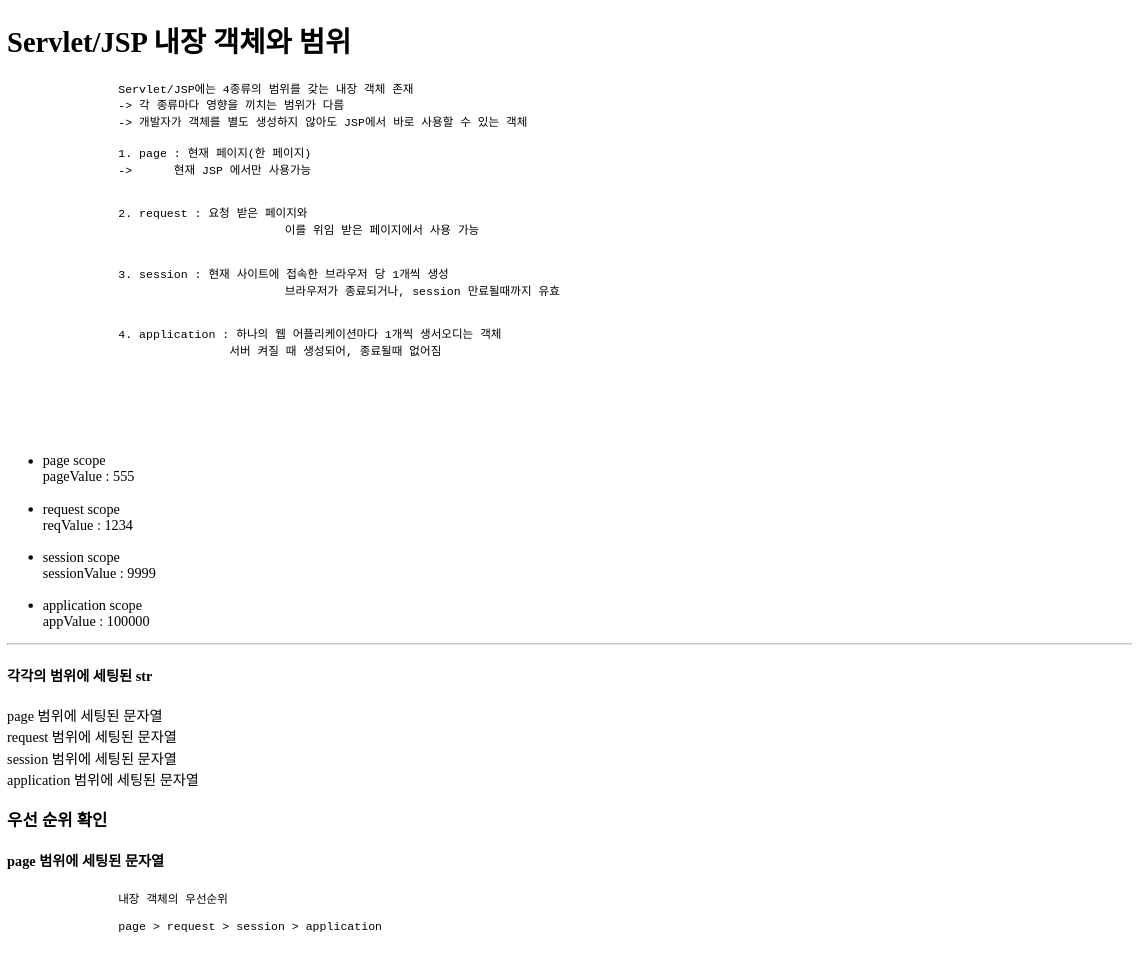
Repository: seungjoo1217/05_Server
Page: http://localhost/JSPProject2/scope
An editor plug-in stored every save of this project. The page is shown before and after the next save, followed by the edit.
The browser window is 1280 px wide. The pictures show the whole page, at 89% of full size.
The page is served by Tomcat 10.

Above is the page before, as saved 2024-03-22 06:39:08.

After the next save:
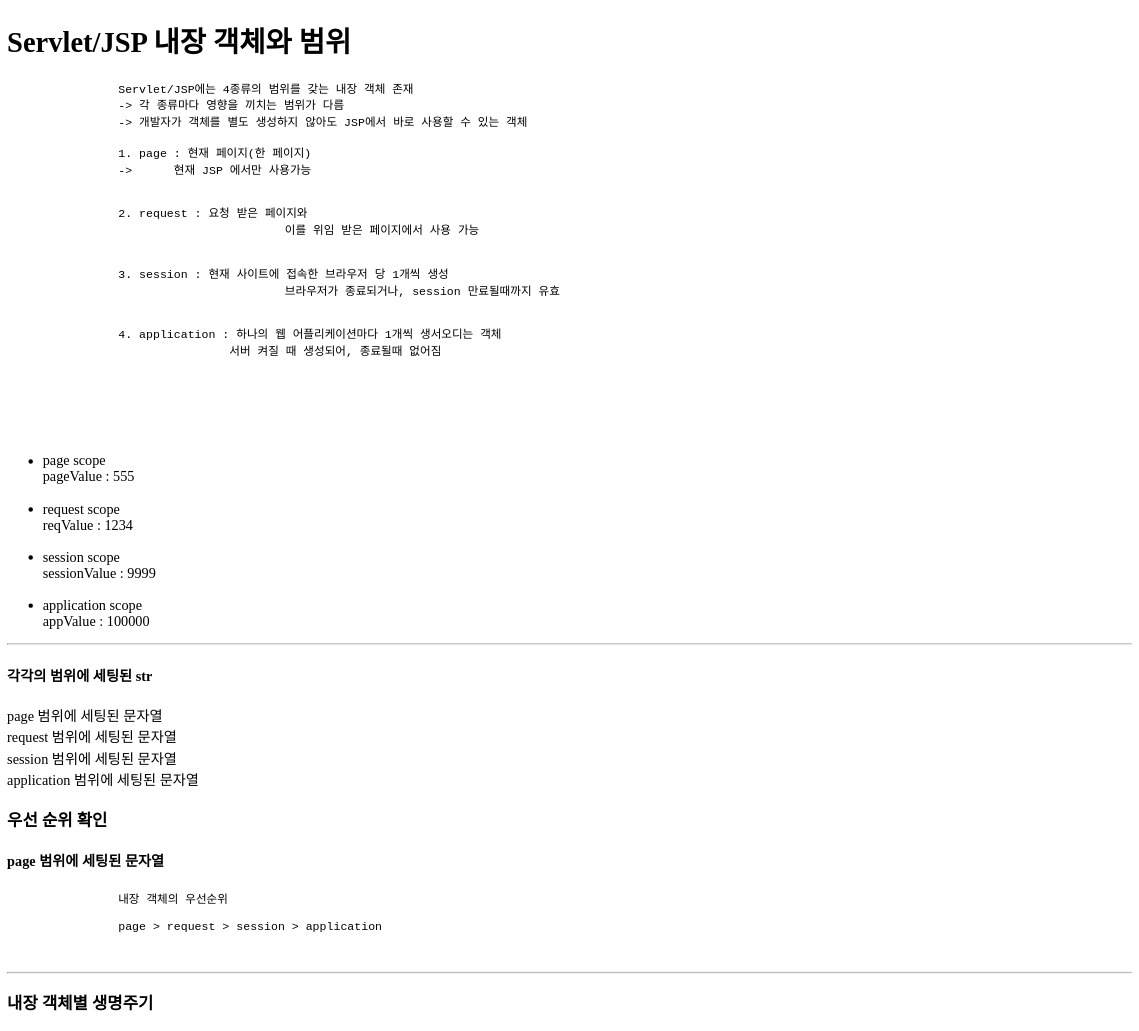
Saved 3 min 20 s later.
--- a/JSPProject2/src/main/webapp/WEB-INF/views/scope/scope.jsp
+++ b/JSPProject2/src/main/webapp/WEB-INF/views/scope/scope.jsp
@@ -94,6 +94,13 @@
 	</pre>
 
 
+	<hr>
+
+	<h3>
+		<a>내장 객체별 생명주기</a>
+	</h3>
+
+
 
 
 
